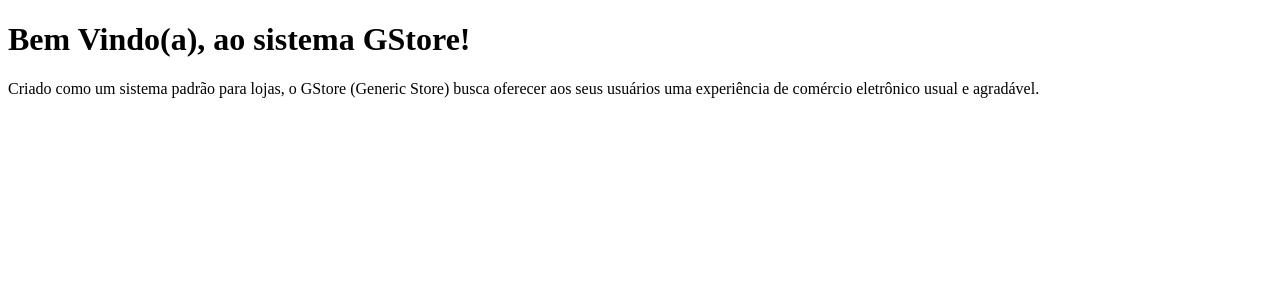
Repository: ElizeusRamos/gstore
Page: GStoreWorkspace/GStoreWeb/WebContent/index.html
The author's editor kept a copy of each file at every save. The page is drawn from the files as they stood at one save, then again after the next save.
The browser window is 1280 px wide. The pictures show the whole page.

Above is the page before, as saved 2022-05-29 13:28:47.

After the next save:
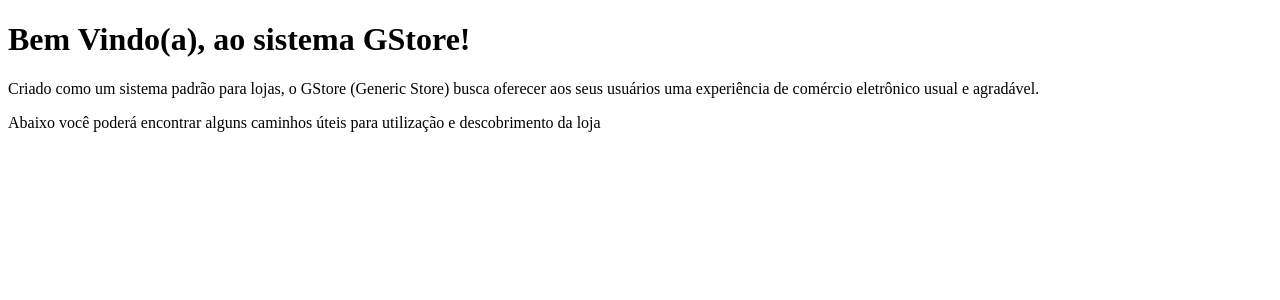
Saved 68 s later.
--- a/GStoreWorkspace/GStoreWeb/WebContent/index.html
+++ b/GStoreWorkspace/GStoreWeb/WebContent/index.html
@@ -10,5 +10,8 @@
 			Criado como um sistema padrão para lojas, o GStore (Generic Store) busca oferecer aos seus usuários
 			uma experiência de comércio eletrônico usual e agradável.
 		</p>
+		<p>
+			Abaixo você poderá encontrar alguns caminhos úteis para utilização e descobrimento da loja
+		</p>
 	</body>
 </html>
